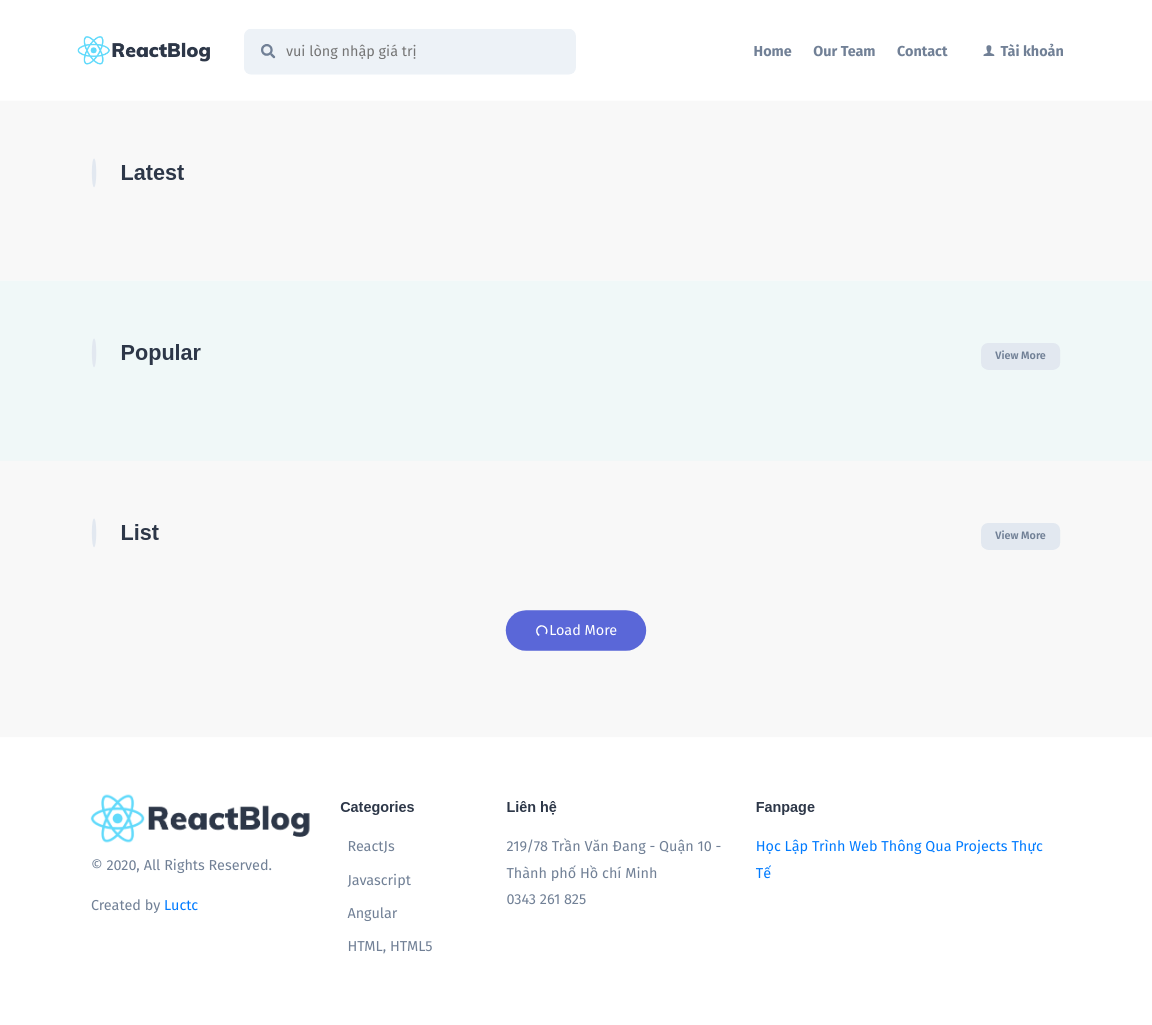
Repository: khuong30082000/Project-by-khuong
Page: /
These files come from the project's save history. The page is drawn as it stood at one moment and after the next save; the edit follows.
The browser window is 1280 px wide. The pictures show the whole page, at 90% of full size.
The page's requests for data from a server got no answer. Some web fonts or font styles are not loaded; a fallback is used. The project was rebuilt for these pictures with package versions that can differ from the ones it lists, and the page was loaded fresh each time. No one was signed in, and anything a server would have sent is missing. Also part of the build but not shown: src/components/ArticleItems/ArticleItemThumb.js, src/components/ArticleItems/ArticleItemTitle.js, src/components/ArticleItems/ArticleItemAvatar.js, src/components/ArticleItems/ArticleItemInfo.js, src/components/ArticleItems/ArticleItemCategory.js, src/components/ArticleItems/ArticleItemStats.js, src/components/ArticleItems/ArticleItemDesc.js, src/components/ArticleItems/index.js and 18 more.

Above is the page before, as saved 2022-04-12 16:09:38.

After the next save:
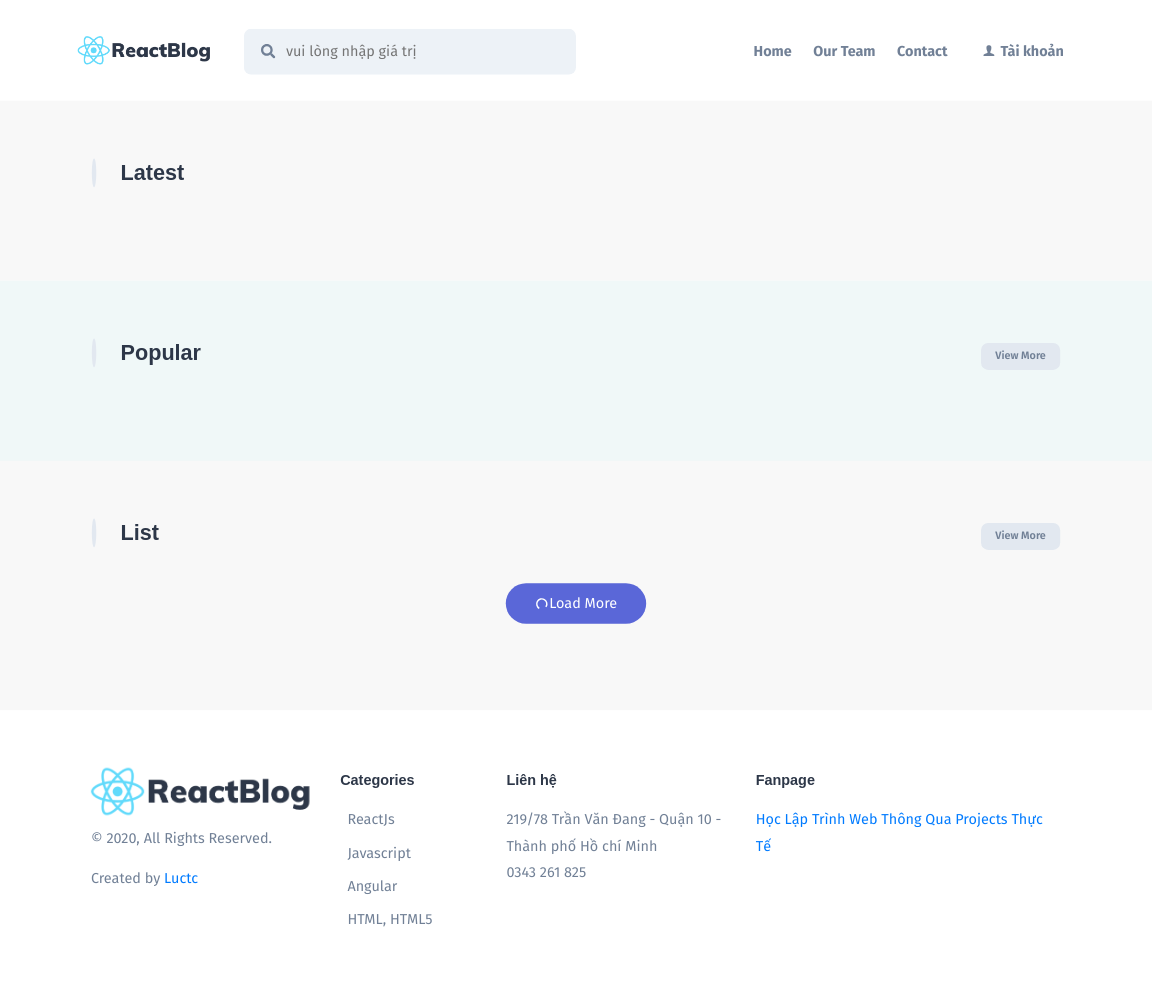
Saved 17 s later.
--- a/src/components/ArticleList/index.js
+++ b/src/components/ArticleList/index.js
@@ -17,12 +17,14 @@ function ArticleList() {
 
         {
           posts.map((items) => {
-
+           return (
+            <div className="tcl-col-12 tcl-col-md-6">
+            <ArticleItems isStyleCard isShowAvatar={false} />
+          </div>
+           )
           })
         }
-          <div className="tcl-col-12 tcl-col-md-6">
-            <ArticleItems isStyleCard isShowAvatar={false} />
-          </div>
+
 
 
         </div>
